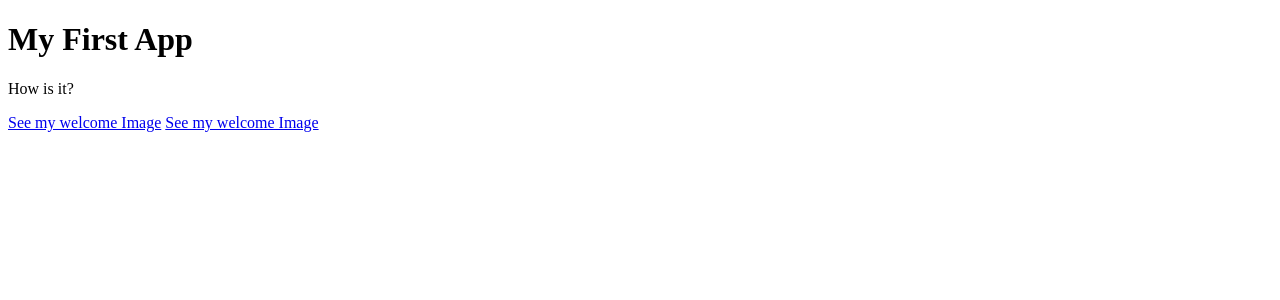
Repository: mksaini026/Java_Program
Page: TestWeb/WebContent/HomePage.html
These files come from the project's save history. The page is drawn as it stood at one moment and after the next save; the edit follows.
The browser window is 1280 px wide. The pictures show the whole page.

Above is the page before, as saved 2019-10-23 08:09:15.

After the next save:
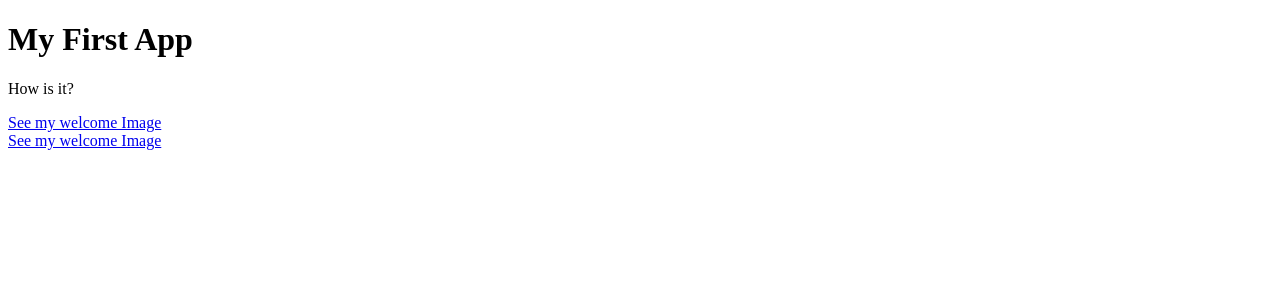
Saved 43 s later.
--- a/TestWeb/WebContent/HomePage.html
+++ b/TestWeb/WebContent/HomePage.html
@@ -7,7 +7,7 @@
 <body>
 <h1>My First App</h1>
 <p>How is it?</p>
-<a href="http://localhost:8080/TestWeb/Test.html">See my welcome Image</a>
+<a href="http://localhost:8080/TestWeb/Test.html">See my welcome Image</a><br>
 <a href="Me and Pa.jpg">See my welcome Image</a>
 
 </body>
